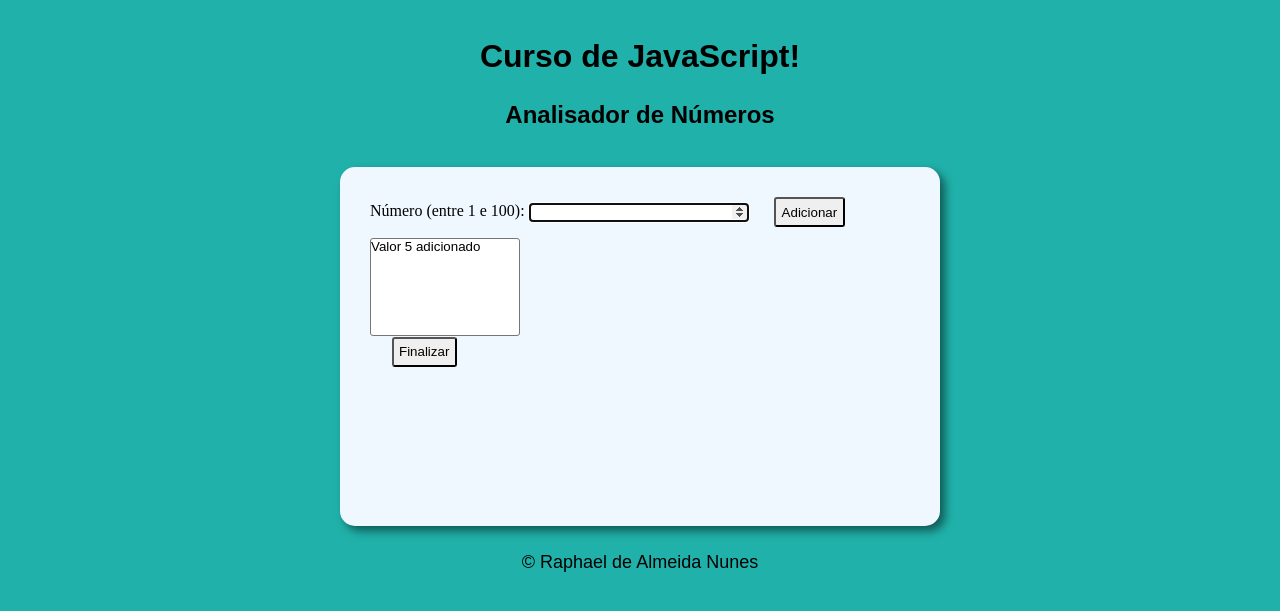
Repository: raphaanunes/codigos
Page: Cursos JavaScript/exercício/analisador de números/analisador.html
An editor plug-in stored every save of this project. The page is shown before and after the next save, followed by the edit.
The browser window is 1280 px wide. The pictures show the whole page.
Empty fields were first filled with sample values (such as "Sample", 5 or name@example.com).
After loading, the first visible `#botao` was clicked once.

Above is the page before, as saved 2024-08-11 14:43:27.

### Cursos JavaScript/exercício/analisador de números/analisador.html
<!DOCTYPE html>
<html lang="pt-BR">

<head>
    <meta charset="UTF-8">
    <meta name="viewport" content="width=device-width, initial-scale=1.0">
    <title> Analisador de Números </title>

    <link rel="stylesheet" href="analisador.css">


</head>

<body>
    <h1> Curso de JavaScript!</h1>
    <h2> Analisador de Números </h2>

    <section> <!-- aqui comeca a section -->


        <div>

            Número (entre 1 e 100):
            <input type="number" name="fnum" id="fnum">
            <input type="button" id="botao" value="Adicionar" onclick="adicionar()">
            <br><select name="flista" id="flista" size="6"></select>
            <br><input type="button" id="botao" value="Finalizar" onclick="finalizar()">

        </div>
        <div id="res">

        </div>
    </section><!-- aqui termina o section -->

    <footer>
        <p> &copy; Raphael de Almeida Nunes </p>
    </footer>
    <script src="analisador.js"></script>
</body>

</html>

### Cursos JavaScript/exercício/analisador de números/analisador.css
@charset "UTF-8";
/* geral */
* {
    padding: 0;
    margin: 0;
}
body {
    background-color: lightseagreen;
    color: black;
}

/* seção  */
section{

    background-color: aliceblue;
    width: 600px;
    height: 10%;
    margin-left: auto;
    margin-right: auto;
    margin-top: 3%;
    border-radius: 15px;
    padding: 0% 0% 5% 0%;
    box-shadow: 5px 5px 10px rgba(0, 0, 0, 0.5);

}
h1 {
    font-family: sans-serif;
    font-size: xx-large;
    text-align: center;
    margin-top: 3%;
    color: black;
}

h2 {
    font-family: sans-serif;
    font-size: x-large;
    text-align: center;
    margin: 2%;
    color: black;
}

p{
    font-family: sans-serif;
    font-size: large;
}

    /* input */

    input{
        width: 40%;
        margin-bottom: 1%;
        border-radius: 3px;
    }

    /* botao*/

input#botao{
        padding: 1%;
        width:fit-content;
        margin-left: 4%;
        border-radius: 3px;
    }

div{
    padding: 5%;
    align-items: center;
    justify-content: center;
}

/* rodape */

footer{
    font-family: 'Franklin Gothic Medium', 'Arial Narrow', Arial, sans-serif;
    text-align: center;
    padding: 1%;
    color: black;

    width: 25%;
    margin-left: auto;
    margin-right:auto ;
    margin-top: 1%;
    border-radius: 15px;
}

select#flista{
    width: 150px;
    margin-left: auto;
    margin-right:auto ;
    margin-top: 1%;
    border-radius: 3px;
}

### Cursos JavaScript/exercício/analisador de números/analisador.js
let num = document.querySelector('input#fnum');
let lista = document.querySelector('select#flista');
let res = document.querySelector('div#res');
let valores = []


function isNumero(n){
    if(Number(n) >= 1 && Number(n) <= 100){
        return true
    } else {
        return false
    }
}

function inLista(n, l){
    if (l.indexOf(Number(n)) != -1){
        return true
    } else {
        return false
    }
}


function adicionar(){
    if(isNumero(num.value) && !inLista(num.value, valores)) {
        valores.push(Number(num.value))
        let item = document.createElement('option')
        item.text = `Valor ${num.value} adicionado`
        lista.appendChild(item)
        res.innerHTML = ''
    } else {
        window.alert('Valor inválido ou já encontrado na lista')
    }
    num.value = ''
    num.focus()
}

function finalizar() {
    if (valores.length == 0){
        window.alert('Adicione valores antes de finalizar!')
    } else {
        let total = valores.length
        let maior = valores[0]
        let menor = valores[0]
        for (let pos in valores) {
            if (valores[pos] > maior)
                maior = valores[pos]
            if (valores[pos] < menor)
                menor = valores[pos]
            }
        }

        res.innerHTML= ``
        res.innerHTML += `<p> Ao todo, temos ${total} números cadastrados. </p>`
        res.innerHTML += `<p> O maior valor informado foi ${maior}</p>`
        res.innerHTML += `<p> O menor valor informado foi ${menor} </p>`
}

After the next save:
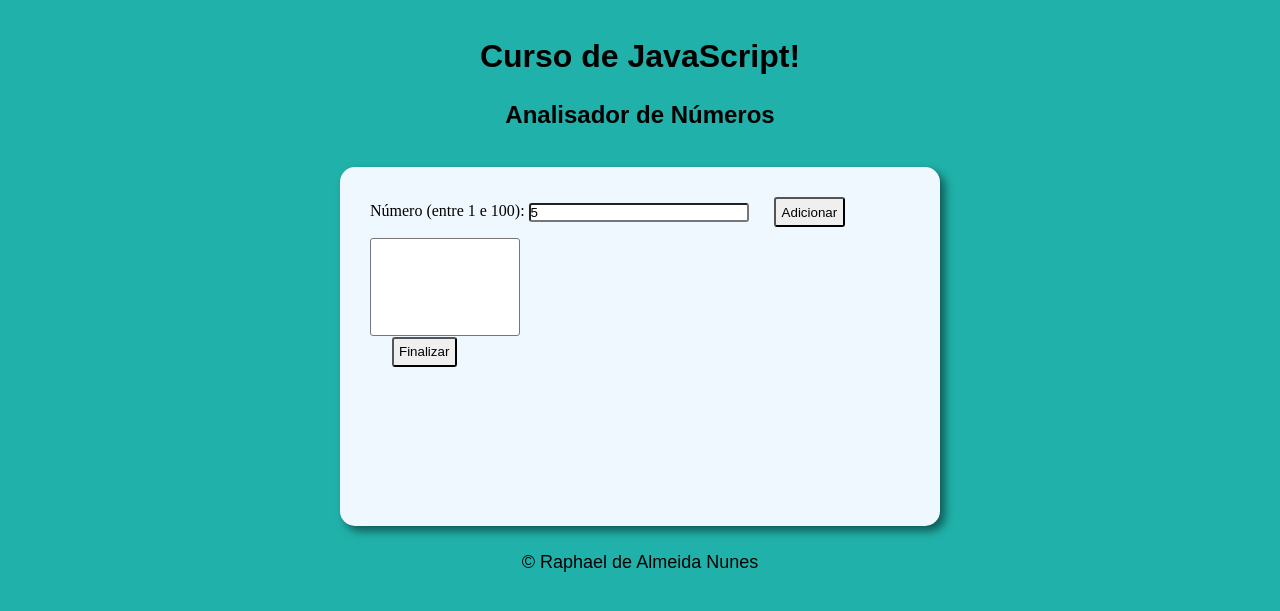
Console error: TypeError: Cannot read properties of null (reading 'addEventListener')
Saved 3 min 16 s later.
--- a/Cursos JavaScript/exercício/analisador de números/analisador.js
+++ b/Cursos JavaScript/exercício/analisador de números/analisador.js
@@ -1,57 +1,44 @@
+document.getElementById('adicionar').addEventListener('click', adicionar);
+document.getElementById('finalizar').addEventListener('click', finalizar);
+
 let num = document.querySelector('input#fnum');
 let lista = document.querySelector('select#flista');
 let res = document.querySelector('div#res');
-let valores = []
+let valores = [];
 
-
-function isNumero(n){
-    if(Number(n) >= 1 && Number(n) <= 100){
-        return true
-    } else {
-        return false
-    }
+function isNumero(n) {
+    return Number(n) >= 1 && Number(n) <= 100;
 }
 
-function inLista(n, l){
-    if (l.indexOf(Number(n)) != -1){
-        return true
-    } else {
-        return false
-    }
+function inLista(n, l) {
+    return l.indexOf(Number(n)) !== -1;
 }
 
-
-function adicionar(){
-    if(isNumero(num.value) && !inLista(num.value, valores)) {
-        valores.push(Number(num.value))
-        let item = document.createElement('option')
-        item.text = `Valor ${num.value} adicionado`
-        lista.appendChild(item)
-        res.innerHTML = ''
+function adicionar() {
+    if (isNumero(num.value) && !inLista(num.value, valores)) {
+        valores.push(Number(num.value));
+        let item = document.createElement('option');
+        item.text = `Valor ${num.value} adicionado`;
+        lista.appendChild(item);
+        res.innerHTML = '';
     } else {
-        window.alert('Valor inválido ou já encontrado na lista')
+        window.alert('Valor inválido ou já encontrado na lista');
     }
-    num.value = ''
-    num.focus()
+    num.value = '';
+    num.focus();
 }
 
 function finalizar() {
-    if (valores.length == 0){
-        window.alert('Adicione valores antes de finalizar!')
+    if (valores.length === 0) {
+        window.alert('Adicione valores antes de finalizar!');
     } else {
-        let total = valores.length
-        let maior = valores[0]
-        let menor = valores[0]
-        for (let pos in valores) {
-            if (valores[pos] > maior)
-                maior = valores[pos]
-            if (valores[pos] < menor)
-                menor = valores[pos]
-            }
-        }
+        let total = valores.length;
+        let maior = Math.max(...valores);
+        let menor = Math.min(...valores);
 
-        res.innerHTML= ``
-        res.innerHTML += `<p> Ao todo, temos ${total} números cadastrados. </p>`
-        res.innerHTML += `<p> O maior valor informado foi ${maior}</p>`
-        res.innerHTML += `<p> O menor valor informado foi ${menor} </p>`
+        res.innerHTML = '';
+        res.innerHTML += `<p>Ao todo, temos ${total} números cadastrados.</p>`;
+        res.innerHTML += `<p>O maior valor informado foi ${maior}.</p>`;
+        res.innerHTML += `<p>O menor valor informado foi ${menor}.</p>`;
+    }
 }

After the save that followed:
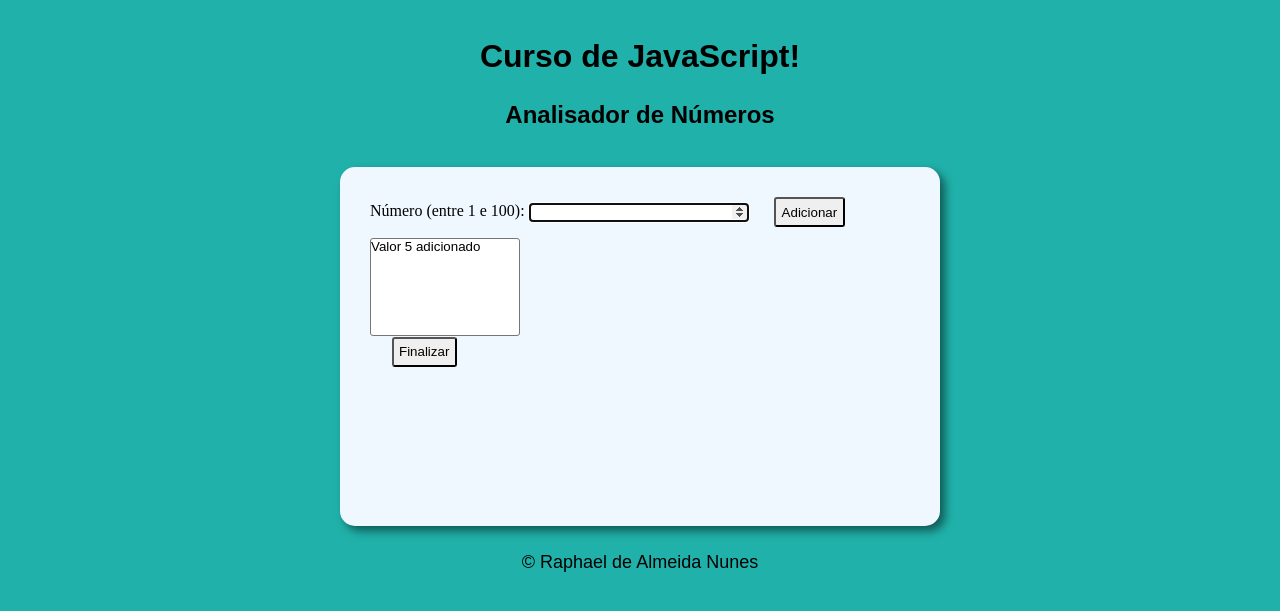
The error is gone.
Saved 18 s later.
--- a/Cursos JavaScript/exercício/analisador de números/analisador.js
+++ b/Cursos JavaScript/exercício/analisador de números/analisador.js
@@ -1,44 +1,57 @@
-document.getElementById('adicionar').addEventListener('click', adicionar);
-document.getElementById('finalizar').addEventListener('click', finalizar);
-
 let num = document.querySelector('input#fnum');
 let lista = document.querySelector('select#flista');
 let res = document.querySelector('div#res');
-let valores = [];
+let valores = []
 
-function isNumero(n) {
-    return Number(n) >= 1 && Number(n) <= 100;
+
+function isNumero(n){
+    if(Number(n) >= 1 && Number(n) <= 100){
+        return true
+    } else {
+        return false
+    }
 }
 
-function inLista(n, l) {
-    return l.indexOf(Number(n)) !== -1;
+function inLista(n, l){
+    if (l.indexOf(Number(n)) != -1){
+        return true
+    } else {
+        return false
+    }
 }
 
-function adicionar() {
-    if (isNumero(num.value) && !inLista(num.value, valores)) {
-        valores.push(Number(num.value));
-        let item = document.createElement('option');
-        item.text = `Valor ${num.value} adicionado`;
-        lista.appendChild(item);
-        res.innerHTML = '';
+
+function adicionar(){
+    if(isNumero(num.value) && !inLista(num.value, valores)) {
+        valores.push(Number(num.value))
+        let item = document.createElement('option')
+        item.text = `Valor ${num.value} adicionado`
+        lista.appendChild(item)
+        res.innerHTML = ''
     } else {
-        window.alert('Valor inválido ou já encontrado na lista');
+        window.alert('Valor inválido ou já encontrado na lista')
     }
-    num.value = '';
-    num.focus();
+    num.value = ''
+    num.focus()
 }
 
 function finalizar() {
-    if (valores.length === 0) {
-        window.alert('Adicione valores antes de finalizar!');
+    if (valores.length == 0){
+        window.alert('Adicione valores antes de finalizar!')
     } else {
-        let total = valores.length;
-        let maior = Math.max(...valores);
-        let menor = Math.min(...valores);
+        let total = valores.length
+        let maior = valores[0]
+        let menor = valores[0]
+        for (let pos in valores) {
+            if (valores[pos] > maior)
+                maior = valores[pos]
+            if (valores[pos] < menor)
+                menor = valores[pos]
+            }
+        }
 
-        res.innerHTML = '';
-        res.innerHTML += `<p>Ao todo, temos ${total} números cadastrados.</p>`;
-        res.innerHTML += `<p>O maior valor informado foi ${maior}.</p>`;
-        res.innerHTML += `<p>O menor valor informado foi ${menor}.</p>`;
-    }
+        res.innerHTML= ``
+        res.innerHTML += `<p> Ao todo, temos ${total} números cadastrados. </p>`
+        res.innerHTML += `<p> O maior valor informado foi ${maior}</p>`
+        res.innerHTML += `<p> O menor valor informado foi ${menor} </p>`
 }
